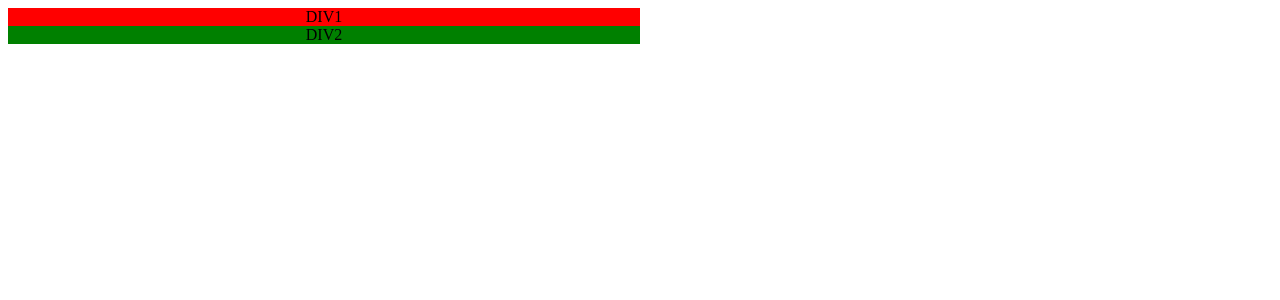
Repository: SilverSharkDeveloper/HTML-CSS-Study
Page: html/workspace/day04/WebContent/inline-block.html
The author's editor kept a copy of each file at every save. The page is drawn from the files as they stood at one save, then again after the next save.
The browser window is 1280 px wide. The pictures show the whole page.

Above is the page before, as saved 2023-03-13 10:12:33.

After the next save:
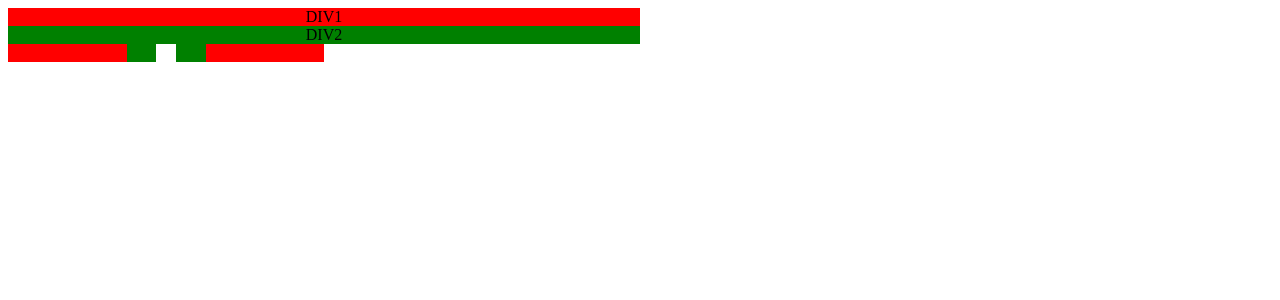
Saved 9 min 51 s later.
--- a/html/workspace/day04/WebContent/inline-block.html
+++ b/html/workspace/day04/WebContent/inline-block.html
@@ -10,5 +10,7 @@
 			<div style = "background :green; text-align : center; width : 50%">DIV2</div>
 
 		</div>
+
+		<div style = "display : inline-block ; background :red; text-align : center; width : 25%" ><div style = "display : inline-block ; background :green; text-align : center; width : 25%" ><div style = "display : inline-block ; background :white; text-align : center; width : 25%" ><div style = "display : inline-block ; background :black; text-align : center; width : 25%" >
 </body>
 </html>

After the save that followed:
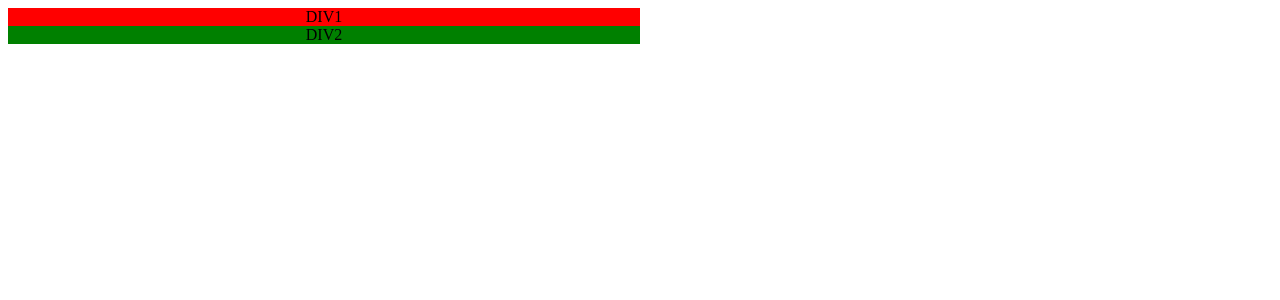
Saved 39 s later.
--- a/html/workspace/day04/WebContent/inline-block.html
+++ b/html/workspace/day04/WebContent/inline-block.html
@@ -11,6 +11,6 @@
 
 		</div>
 
-		<div style = "display : inline-block ; background :red; text-align : center; width : 25%" ><div style = "display : inline-block ; background :green; text-align : center; width : 25%" ><div style = "display : inline-block ; background :white; text-align : center; width : 25%" ><div style = "display : inline-block ; background :black; text-align : center; width : 25%" >
+		<div style = "display : inline-block ; background :red; text-align : center; width : 25%" ></div><div style = "display : inline-block ; background :green; text-align : center; width : 25%" ></div><div style = "display : inline-block ; background :white; text-align : center; width : 25%" ></div><div style = "display : inline-block ; background :black; text-align : center; width : 25%" ></div>
 </body>
 </html>
